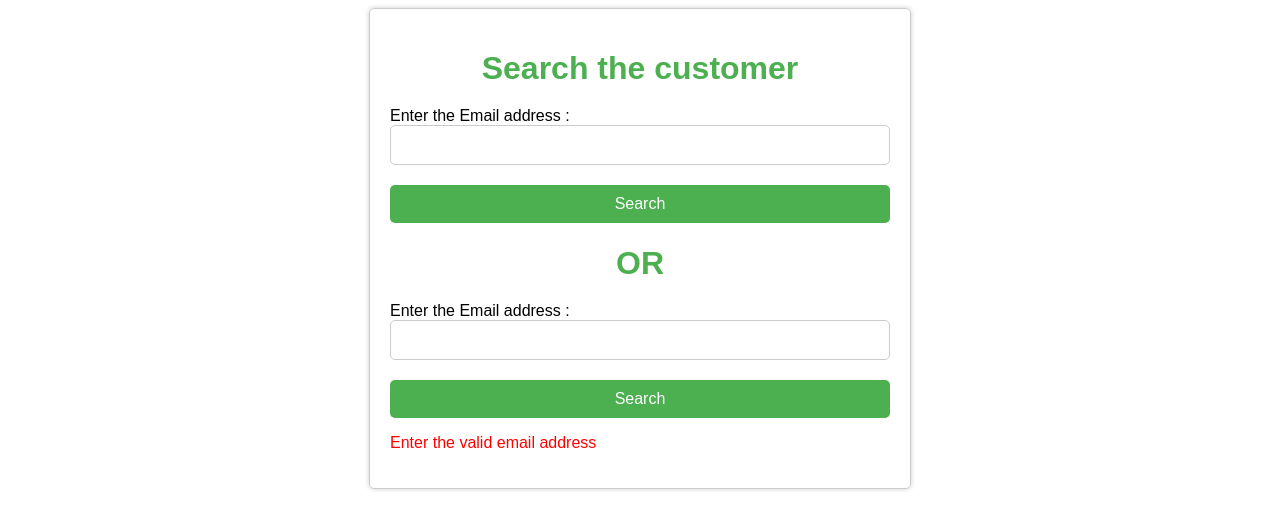
Repository: UnmeshNarayanKadam/JAVA-SPRING-HIBERNATE-PROGRAM
Page: http://localhost/spring-webapp/searchCustomer.jsp
These files come from the project's save history. The page is drawn as it stood at one moment and after the next save; the edit follows.
The browser window is 1280 px wide. The pictures show the whole page.
The page is served by Tomcat 9. Other server files are loaded and not shown. The template is opened directly, without the code that normally fills it, so the values that code supplies are empty.

Above is the page before, as saved 2023-02-27 10:26:43.

### spring-webapp/src/main/webapp/searchCustomer.jsp
<%@ page language="java" contentType="text/html; charset=ISO-8859-1"
	pageEncoding="ISO-8859-1"%>
<%@ taglib uri="http://java.sun.com/jsp/jstl/core" prefix="c"%>
<!DOCTYPE html>
<html>
<head>
<meta charset="ISO-8859-1">
<title>Insert title here</title>
<style>
.mainDiv {
	width: 500px;
	margin: 0 auto;
	padding: 20px;
	border: 1px solid #ccc;
	border-radius: 5px;
	box-shadow: 0 0 5px #ccc;
	font-family: Arial, sans-serif;
}

h1 {
	font-family: Arial, sans-serif;
	font-size: 32px;
	color: #4CAF50;
	text-align: center;
	margin-bottom: 20px;
}

input {
	padding: 10px;
	border: 1px solid #ccc;
	border-radius: 5px;
	margin-bottom: 10px;
	width: 100%;
	box-sizing: border-box;
	font-size: 16px;
	font-family: Arial, sans-serif;
}

button[type="submit"] {
	background-color: #4CAF50;
	color: white;
	padding: 10px;
	border: none;
	border-radius: 5px;
	cursor: pointer;
	font-size: 16px;
	font-family: Arial, sans-serif;
	margin-top: 10px;
	width: 100%;
	box-sizing: border-box;
}

button[type="submit"]:hover {
	background-color: #3e8e41;
}
</style>

</head>
<body>
	<div class="mainDiv">
		<h1>Search the customer</h1>
		<form action="search-customer">
			Enter the Email address : <input name="email" /><br>
			<button type="submit">Search</button>
		</form>
		<h1>OR</h1>
		<form action="fetch-all-customer">
			Enter the Email address : <input name="email" /><br>
			<button type="submit">Search</button>
		</form>
		<c:choose>
			<c:when test="${ c!=null }">
				<p>------------------------------------Search
					Result------------------------------------</p>
				<p>
					Customer Id : ${ c.id } <br /> Customer Name : ${ c.name } <br />
					Customer Email : ${ c.email } <br /> Customer City : ${ c.city }
				</p>
			</c:when>
			<c:otherwise>
				<p style="color:red">Enter the valid email address</p>
			</c:otherwise>
		</c:choose>
	</div>
</body>
</html>

After the next save:
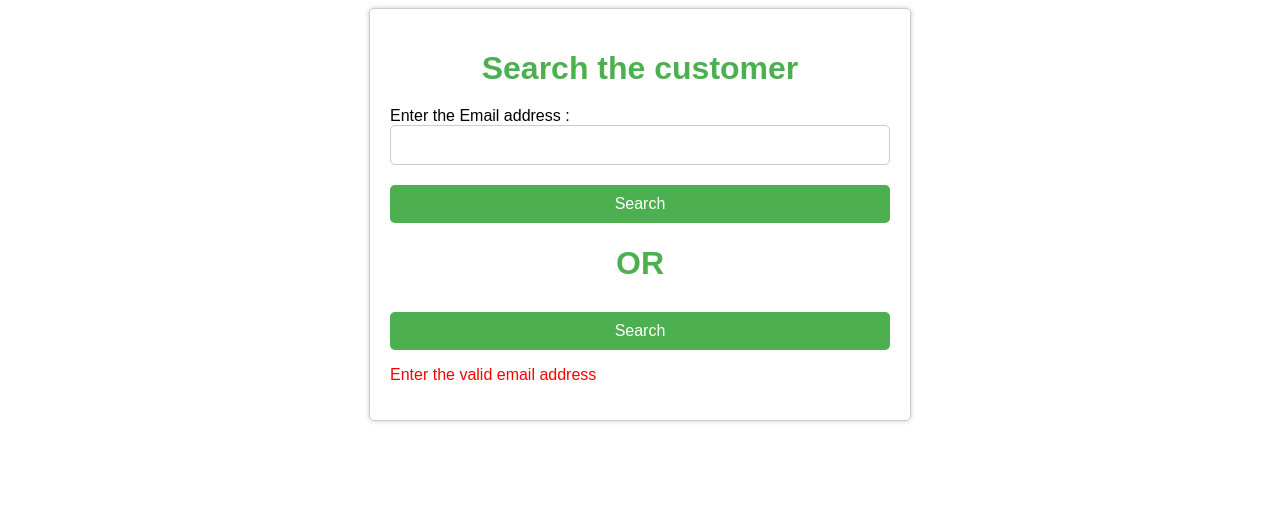
Saved 10 s later.
--- a/spring-webapp/src/main/webapp/searchCustomer.jsp
+++ b/spring-webapp/src/main/webapp/searchCustomer.jsp
@@ -65,7 +65,6 @@ button[type="submit"]:hover {
 		</form>
 		<h1>OR</h1>
 		<form action="fetch-all-customer">
-			Enter the Email address : <input name="email" /><br>
 			<button type="submit">Search</button>
 		</form>
 		<c:choose>
